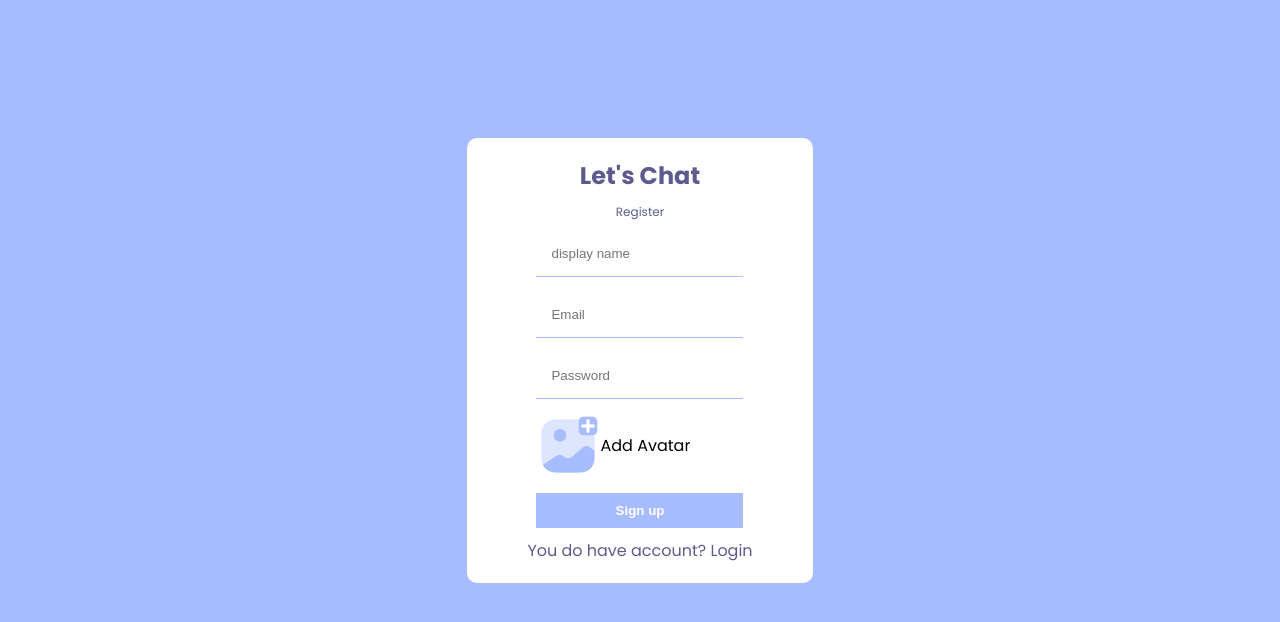
Repository: shikubro90/chatapp
Page: /
The author's editor kept a copy of each file at every save. The page is drawn from the files as they stood at one save, then again after a run of saves.
The browser window is 1280 px wide. The pictures show the whole page.
The project was rebuilt for these pictures with package versions that can differ from the ones it lists, and the page was loaded fresh each time.

Above is the page before, as saved 2022-09-08 16:04:10.

After the next 9 saves:
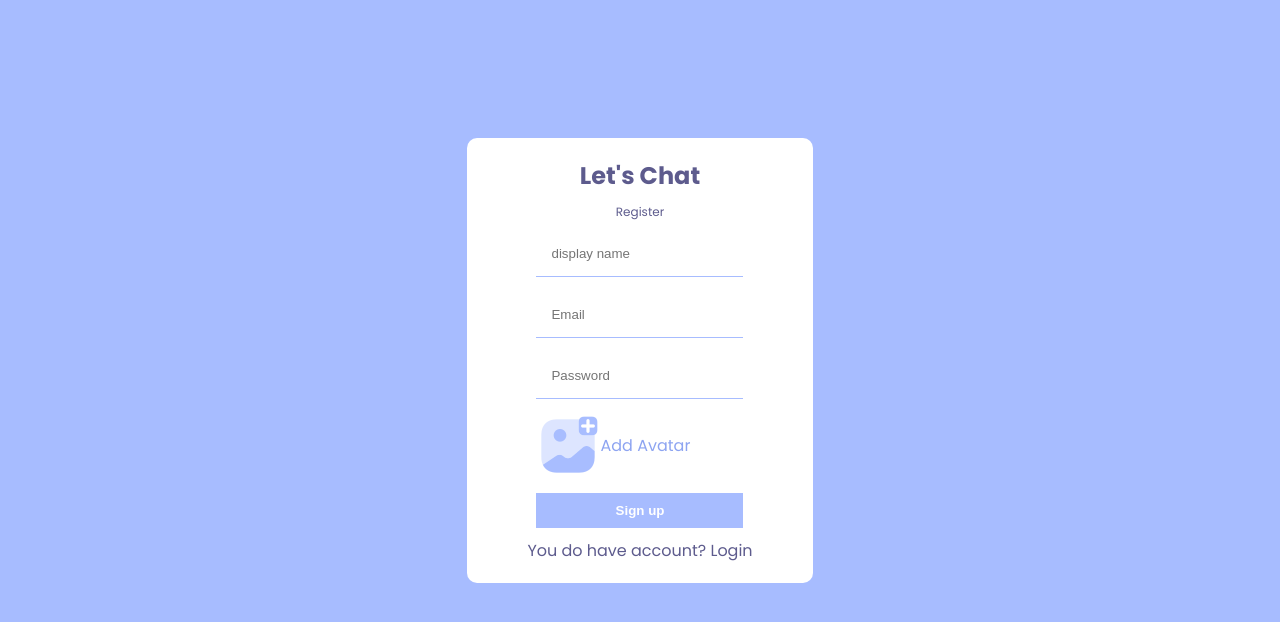
The 9 saves are shown as one change because they came seconds apart.
The last was saved 30 s later.
--- a/src/style.scss
+++ b/src/style.scss
@@ -42,6 +42,8 @@
             label{
                 display: flex;
                 align-items: center;
+                color: #8da4f1;
+
             }
         }
 
